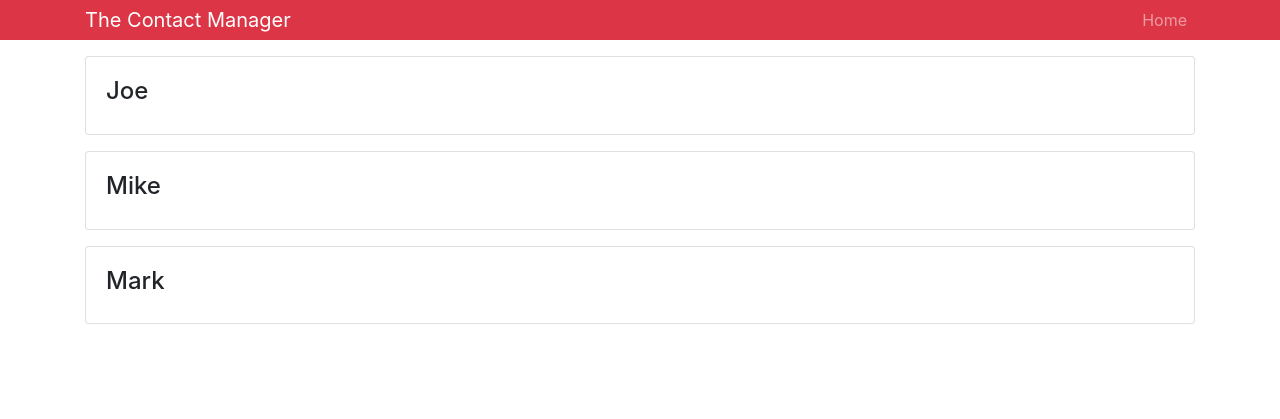
Repository: MikeTroianello/Contact-Manager
Page: /test
An editor plug-in stored every save of this project. The page is shown before and after the next save, followed by the edit.
The browser window is 1280 px wide. The pictures show the whole page.
The project was rebuilt for these pictures with package versions that can differ from the ones it lists, and the page was loaded fresh each time. Also part of the build but not shown: src/App.css.

Above is the page before, as saved 2019-05-19 23:43:42.

### src/App.js
import React from "react";

import Header from "./components/layout/Header";
import Contacts from "./components/contacts/Contacts";
import { Provider } from "./context";
import AddContact from "./components/contacts/AddContact";
import "bootstrap/dist/css/bootstrap.min.css";
import "./App.css";

function App() {
  return (
    <Provider>
      <div className="App">
        <Header branding="The Contact Manager" />
        <div className="container">
          <Contacts />
        </div>
      </div>
    </Provider>
  );
}

export default App;

### src/components/layout/Header.js
import React from "react";
import PropTypes from "prop-types";

const Header = props => {
  const { branding } = props;
  return (
    <nav className="navbar navbar-expand-sm navbar-dark bg-danger mb-3 py-0">
      <div className="container">
        <a href="/" className="navbar-brand">
          {branding}
        </a>
        <div>
          <ul className="navbar-nav mr-auto">
            <a href="/" className="nav-link">
              Home
            </a>
          </ul>
        </div>
      </div>
    </nav>
  );
};

Header.defaultProps = {
  branding: "My App"
};

Header.propTypes = {
  branding: PropTypes.string.isRequired
};

export default Header;

### src/components/contacts/Contacts.js
import React, { Component } from "react";
import Contact from "./Contact";
import { Consumer } from "../../context";

class Contacts extends Component {
  //REVIEW HERE
  render() {
    return (
      <Consumer>
        {value => {
          const { contacts } = value;
          return (
            <React.Fragment>
              {contacts.map(contact => (
                <Contact key={contact.id} contact={contact} />
              ))}
            </React.Fragment>
          );
        }}
      </Consumer>
    );
  }
}

export default Contacts;

### src/context.js
import React, { Component } from "react";

const Context = React.createContext();

const reducer = (state, action) => {
  switch (action.type) {
    case "DELETE_CONTACT":
      return {
        ...state,
        contacts: state.contacts.filter(
          contact => contact.id !== action.payload
        )
      };
    default:
      return state;
  }
};

export class Provider extends Component {
  state = {
    contacts: [
      {
        id: 1,
        name: "Joe",
        email: "joe@mailbox.co",
        phone: "(123)456-7890"
      },
      {
        id: 2,
        name: "Mike",
        email: "mike@mailbox.co",
        phone: "(123)456-1111"
      },
      {
        id: 3,
        name: "Mark",
        email: "mark@mailbox.co",
        phone: "(123)456-2231"
      }
    ],
    dispatch: action => {
      this.setState(state => reducer(state, action));
    }
  };

  render() {
    return (
      <Context.Provider value={this.state}>
        {this.props.children}
      </Context.Provider>
    );
  }
}

export const Consumer = Context.Consumer;

### src/components/contacts/Contact.js
import React, { Component } from "react";
import PropTypes from "prop-types";
import { Consumer } from "../../context";

class Contact extends Component {
  state = {
    showContactInfo: false
  };

  // onShowClick = e => {
  //   this.setState({ showContactInfo: !this.state.showContactInfo });
  // };

  onDeleteClick = (id, dispatch) => {
    dispatch({ type: "DELETE_CONTACT", payload: id });
  };

  render() {
    const { name, email, phone, id } = this.props.contact;
    const { showContactInfo } = this.state;

    return (
      <Consumer>
        {value => {
          const { dispatch } = value;
          return (
            <div className="card card-body mb-3">
              <h4>
                {name}{" "}
                <i
                  onClick={() =>
                    this.setState({
                      showContactInfo: !this.state.showContactInfo
                    })
                  }
                  className="fas fa-sort-down"
                  style={{ cursor: "pointer" }}
                />
                <i
                  className="fas fa-times"
                  style={{ cursor: "pointer", float: "right", color: "red" }}
                  onClick={this.onDeleteClick.bind(this, id, dispatch)}
                />
              </h4>
              {showContactInfo && (
                <ul className="list-group">
                  <li className="list-group-item">{email}</li>
                  <li className="list-group-item">{phone}</li>
                </ul>
              )}
            </div>
          );
        }}
      </Consumer>
    );
  }
}

Contact.propTypes = {
  contact: PropTypes.object.isRequired
};

export default Contact;

### src/components/contacts/AddContact.js
import React, { Component } from "react";

class AddContact extends Component {
  render() {
    return (
      <div>
        <h1>ADD CONTACT</h1>
      </div>
    );
  }
}

export default AddContact;

Loaded but not shown: src/index.js (common file); src/serviceWorker.js (common file)

After the next save:
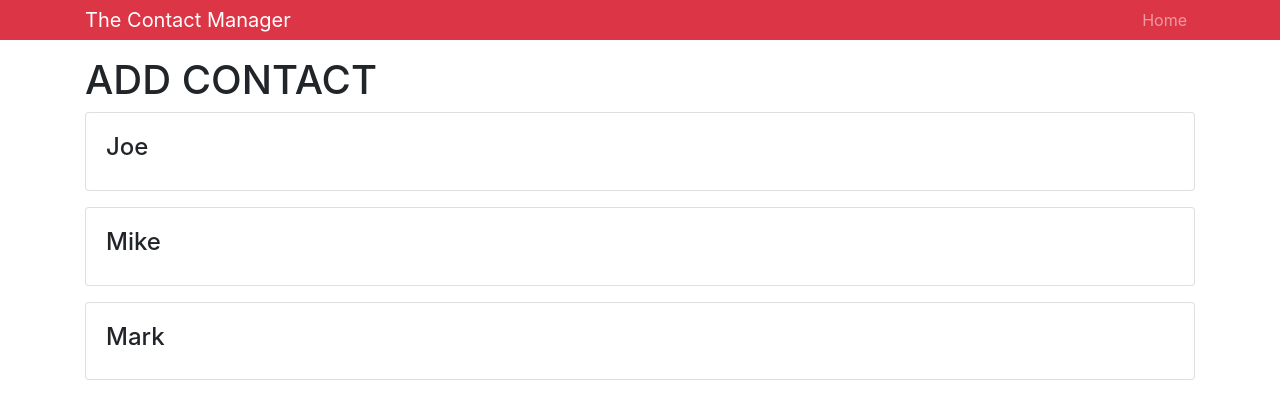
Saved 13 s later.
--- a/src/App.js
+++ b/src/App.js
@@ -13,6 +13,7 @@ function App() {
       <div className="App">
         <Header branding="The Contact Manager" />
         <div className="container">
+          <AddContact />
           <Contacts />
         </div>
       </div>
